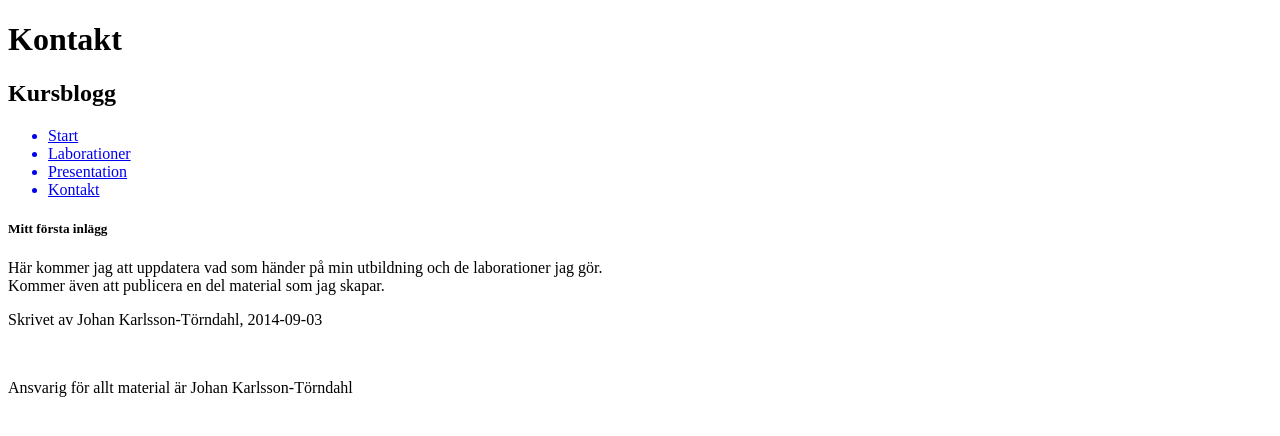
Repository: jt222ia/1ik415-jt222ia-laborationer
Page: pages/kontakt.html
The author's editor kept a record of every edit. The page is drawn from the files as they stood at one moment, then again after the next edit.
The browser window is 1280 px wide. The pictures show the whole page.

Above is the page before.

### pages/kontakt.html
<!DOCTYPE html>
<html>
    <head>
        <meta charset="utf-8" />
        <title>Min kursblogg - Kontakt</title>

    </head>
    <body>
        <h1>Kontakt</h1>

            <h2>Kursblogg</h2>

                <ul>
                    <a href="index.html"><li>Start</li></a>
                    <a href="pages/laborationer.html"><li>Laborationer</li></a>
                    <a href="pages/presentation.html"><li>Presentation</li></a>
                    <a href="pages/kontakt.html"><li>Kontakt</li></a>
                </ul>

                <h5>Mitt första inlägg</h5>

                    <p>Här kommer jag att uppdatera vad som händer på min utbildning
                        och de laborationer jag gör.<br />
                        Kommer även att publicera en del material som jag skapar.
                    </p>

                    <p>Skrivet av Johan Karlsson-Törndahl, 2014-09-03</p>
                    <br />
                    <p>Ansvarig för allt material är Johan Karlsson-Törndahl</p>

                    <!-- 1.4.1. Vilken är den absoluta sökvägen till filen bottom.html?
                    1.4.2. Vilken är den relativa sökvägen från filen default.html till filen top.html?
                    1.4.3. Vilken är den relativa sökvägen från filen bottom.html till filen index.html?
                    1.4.4. Vilken är den absoluta sökvägen till filen index.html?
                    1.4.5. Vilken är den relativa sökvägen från filen top.html till bottom.html?
                    1.4.6. Vilken är den relativa sökvägen från filen index.html till top.html: -->

    </body>
</html>

After the next edit:
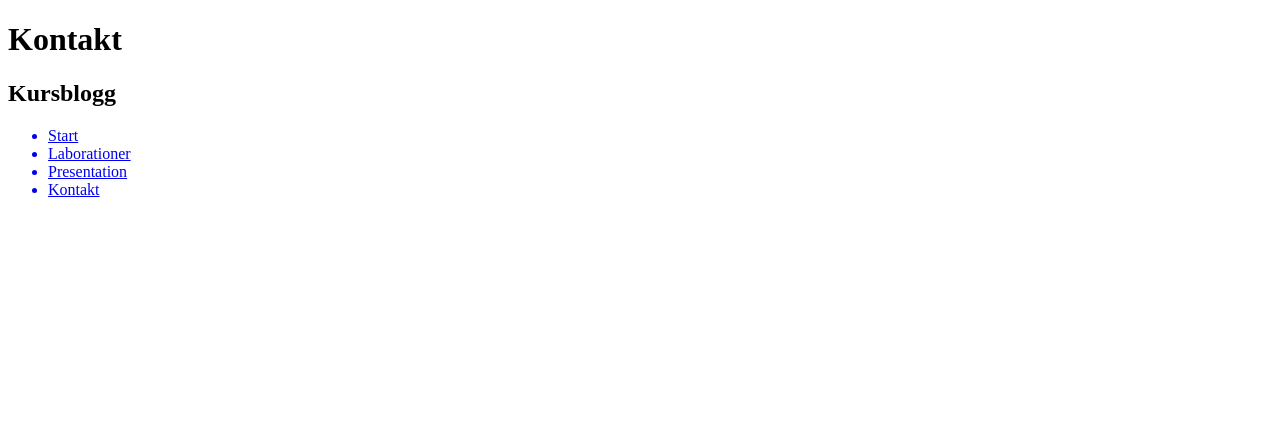
The edit:
--- a/pages/kontakt.html
+++ b/pages/kontakt.html
@@ -10,30 +10,11 @@
 
             <h2>Kursblogg</h2>
 
-                <ul>
-                    <a href="index.html"><li>Start</li></a>
-                    <a href="pages/laborationer.html"><li>Laborationer</li></a>
-                    <a href="pages/presentation.html"><li>Presentation</li></a>
-                    <a href="pages/kontakt.html"><li>Kontakt</li></a>
-                </ul>
-
-                <h5>Mitt första inlägg</h5>
-
-                    <p>Här kommer jag att uppdatera vad som händer på min utbildning
-                        och de laborationer jag gör.<br />
-                        Kommer även att publicera en del material som jag skapar.
-                    </p>
-
-                    <p>Skrivet av Johan Karlsson-Törndahl, 2014-09-03</p>
-                    <br />
-                    <p>Ansvarig för allt material är Johan Karlsson-Törndahl</p>
-
-                    <!-- 1.4.1. Vilken är den absoluta sökvägen till filen bottom.html?
-                    1.4.2. Vilken är den relativa sökvägen från filen default.html till filen top.html?
-                    1.4.3. Vilken är den relativa sökvägen från filen bottom.html till filen index.html?
-                    1.4.4. Vilken är den absoluta sökvägen till filen index.html?
-                    1.4.5. Vilken är den relativa sökvägen från filen top.html till bottom.html?
-                    1.4.6. Vilken är den relativa sökvägen från filen index.html till top.html: -->
-
+            <ul>
+                <a href="index.html"><li>Start</li></a>
+                <a href="pages/laborationer.html"><li>Laborationer</li></a>
+                <a href="pages/presentation.html"><li>Presentation</li></a>
+                <a href="pages/kontakt.html"><li>Kontakt</li></a>
+            </ul>
     </body>
 </html>
